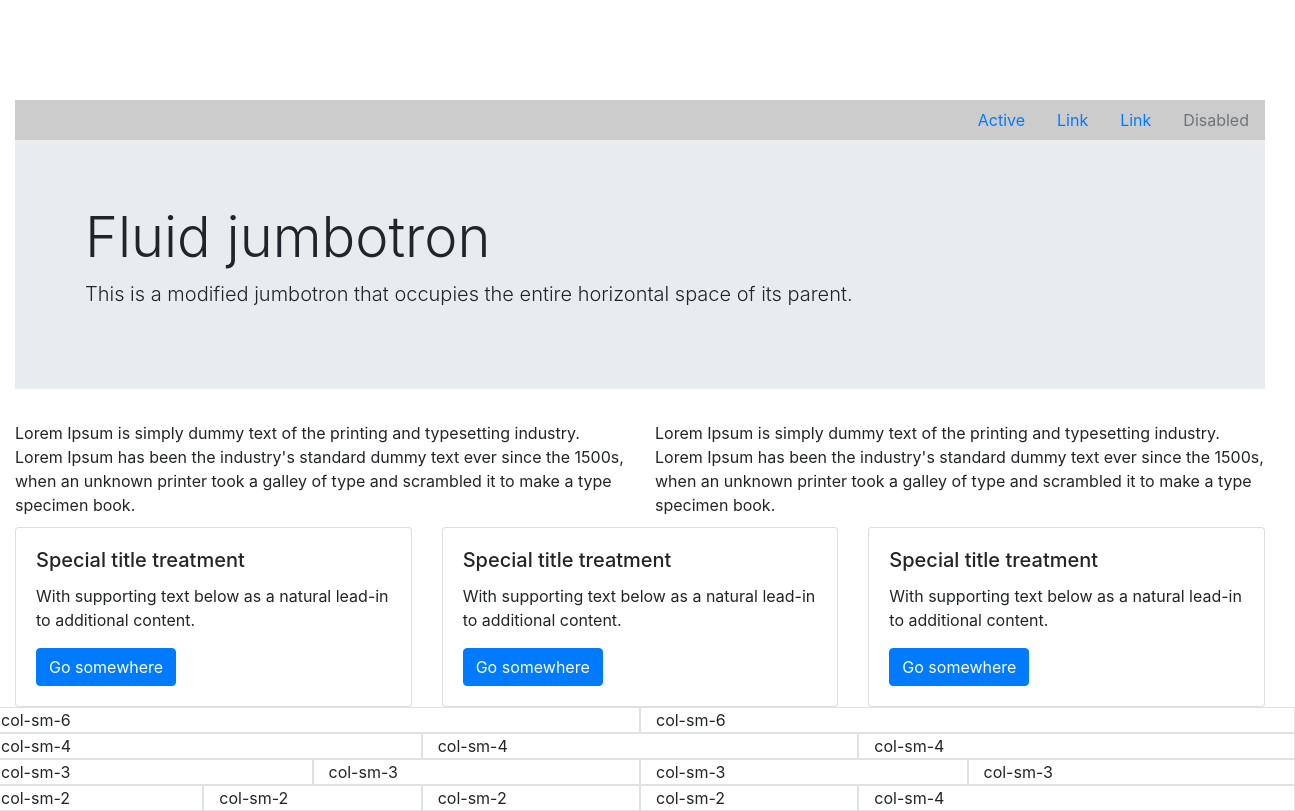
Repository: Green-Technologies-Angular/HTML
Page: index.html
The author's editor kept a copy of each file at every save. The page is drawn from the files as they stood at one save, then again after the next save.
The browser window is 1280 px wide. The page is 1295 px wide, so the pictures cover 1295 px, including what lies to the right of the window. The pictures show the whole page.

Above is the page before, as saved 2019-01-31 10:22:40.

### index.html
<!DOCTYPE html>
<html>

<head>
    <title>Title of the document</title>
    <link rel="stylesheet" href="css/bootstrap.css">
    <link rel="stylesheet" href="css/index.css">
    <style>
        .border {
            border: 1px solid #ccc;
        }

        .bg-nav {
            background: green;
        }
    </style>
    <script>
        localStorage.setItem("name", "tamilsdfsdfsdfsdfmani");
        console.log(localStorage.getItem('name'));
    </script>
</head>

<body>
    <div class="container-fluid">
        <ul class="nav justify-content-end bg-nav" style="background: #ccc;">
            <li class="nav-item">
                <a class="nav-link active" href="#">Active</a>
            </li>
            <li class="nav-item">
                <a class="nav-link" href="#">Link</a>
            </li>
            <li class="nav-item">
                <a class="nav-link" href="#">Link</a>
            </li>
            <li class="nav-item">
                <a class="nav-link disabled" href="#" tabindex="-1" aria-disabled="true">Disabled</a>
            </li>
        </ul>
        <div class="jumbotron jumbotron-fluid">
            <div class="container">
                <h1 class="display-4">Fluid jumbotron</h1>
                <p class="lead">This is a modified jumbotron that occupies the entire horizontal space of its parent.</p>
            </div>
        </div>
        <div class="row">
            <div class="col-xl-6 col-lg-6 col-md-6 col-sm-6">
                Lorem Ipsum is simply dummy text of the printing and typesetting industry. Lorem Ipsum has been the
                industry's standard dummy text ever since the 1500s, when an unknown printer took a galley of type and
                scrambled it to make a type specimen book.
            </div>
            <div class="col-xl-6 col-lg-6 col-md-6 col-sm-6">
                Lorem Ipsum is simply dummy text of the printing and typesetting industry. Lorem Ipsum has been the
                industry's standard dummy text ever since the 1500s, when an unknown printer took a galley of type and
                scrambled it to make a type specimen book.
            </div>
        </div>
        <div class="row" style="padding-top:10px;">
            <div class="col-sm-4">
                <div class="card">
                    <div class="card-body">
                        <h5 class="card-title">Special title treatment</h5>
                        <p class="card-text">With supporting text below as a natural lead-in to additional content.</p>
                        <a href="#" class="btn btn-primary">Go somewhere</a>
                    </div>
                </div>
            </div>
            <div class="col-sm-4">
                <div class="card">
                    <div class="card-body">
                        <h5 class="card-title">Special title treatment</h5>
                        <p class="card-text">With supporting text below as a natural lead-in to additional content.</p>
                        <a href="#" class="btn btn-primary">Go somewhere</a>
                    </div>
                </div>
            </div>
            <div class="col-sm-4">
                <div class="card">
                    <div class="card-body">
                        <h5 class="card-title">Special title treatment</h5>
                        <p class="card-text">With supporting text below as a natural lead-in to additional content.</p>
                        <a href="#" class="btn btn-primary">Go somewhere</a>
                    </div>
                </div>
            </div>
        </div>
    </div>
    <div class="row">
            <div class="col-sm-6 border">col-sm-6</div>
            <div class="col-sm-6 border">col-sm-6</div>
        </div>
        <div class="row">
            <div class="col-sm-4 border">col-sm-4</div>
            <div class="col-sm-4 border">col-sm-4</div>
            <div class="col-sm-4 border">col-sm-4</div>
        </div>
        <div class="row">
            <div class="col-sm-3 border">col-sm-3</div>
            <div class="col-sm-3 border">col-sm-3</div>
            <div class="col-sm-3 border">col-sm-3</div>
            <div class="col-sm-3 border">col-sm-3</div>
        </div>
        <div class="row">
            <div class="col-sm-2 border">col-sm-2</div>
            <div class="col-sm-2 border">col-sm-2</div>
            <div class="col-sm-2 border">col-sm-2</div>
            <div class="col-sm-2 border">col-sm-2</div>
            <div class="col-sm-4 border">col-sm-4</div>
        </div>
    <script src="script/jquery.js"></script>
    <script src="script/popper.js"></script>
    <script src="script/bootstrap.js"></script>
</body>

</html>

### css/index.css
.bg-nav{
    background: red;
}
@media (min-width: 1200px) {
    .bg-nav{
        background: red;
        margin-top:100px;
    }
 }

Loaded but not shown: css/bootstrap.css (library); script/jquery.js (library); script/popper.js (library); script/bootstrap.js (library)

After the next save:
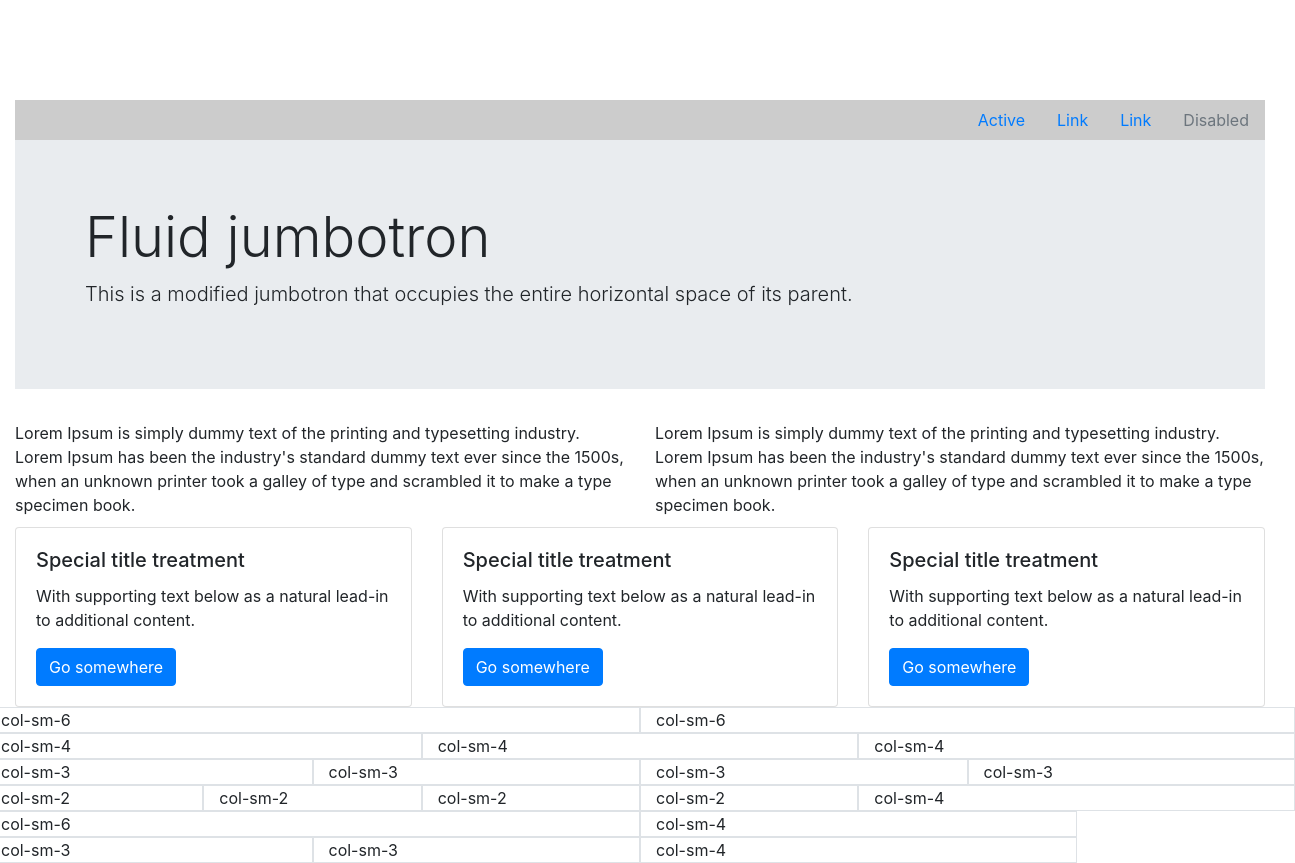
Saved 40 s later.
--- a/index.html
+++ b/index.html
@@ -106,6 +106,15 @@
             <div class="col-sm-2 border">col-sm-2</div>
             <div class="col-sm-4 border">col-sm-4</div>
         </div>
+        <div class="row">
+            <div class="col-sm-6 border">col-sm-6</div>
+            <div class="col-sm-4 border">col-sm-4</div>
+        </div>
+        <div class="row">
+                <div class="col-sm-3 border">col-sm-3</div>
+                <div class="col-sm-3 border">col-sm-3</div>
+                <div class="col-sm-4 border">col-sm-4</div>
+            </div>
     <script src="script/jquery.js"></script>
     <script src="script/popper.js"></script>
     <script src="script/bootstrap.js"></script>
